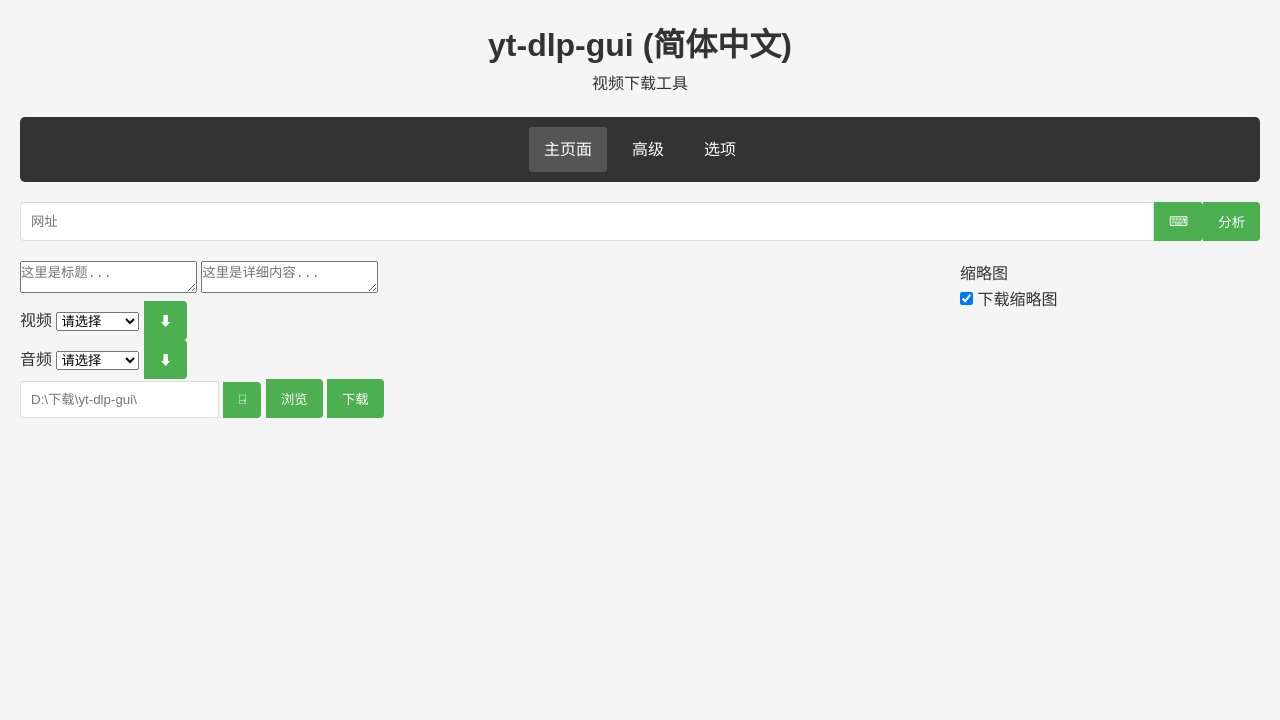
Repository: zArvin6808/yt-TubeSaver
Page: index.html
The author's editor kept a copy of each file at every save. The page is drawn from the files as they stood at one save, then again after the next save.
The browser window is 1280 px wide. The pictures show the whole page.

Above is the page before, as saved 2025-06-07 18:29:03.
Console error: TypeError: Cannot read properties of null (reading 'classList')

### index.html
<!DOCTYPE html>
<html lang="zh-CN">
<head>
  <meta charset="UTF-8" />
  <title>yt-dlp-gui (简体中文)</title>
  <meta name="viewport" content="width=device-width, initial-scale=1.0"/>
  <link rel="stylesheet" href="style.css" />
</head>
<body>

  <!-- 标题栏 -->
  <header class="app-header">
    <h1 class="app-header__title">yt-dlp-gui (简体中文)</h1>
    <span>视频下载工具</span>
  </header>

  <!-- 导航栏 -->
  <nav class="app-nav">
    <a href="#" class="app-nav__item app-nav__item--active" data-page="main">主页面</a>
    <a href="#" class="app-nav__item" data-page="advanced">高级</a>
    <a href="#" class="app-nav__item" data-page="settings">选项</a>
  </nav>

  <!-- 主页面内容 -->
  <main class="app-main">
    <div id="main" class="app-page app-page--active">
    <!-- 网址与按钮 占据整行 -->
    <div class="url-input-group">
      <input type="text" id="urlInput" class="url-input__field" placeholder="网址" />
      <button class="app-btn app-btn--icon" id="pasteButton">⌨</button>
      <button class="app-btn" id="analyzeButton">
        <span class="loading-spinner" style="display:none;"></span>
        <span class="btn-text">分析</span>
      </button>
    </div>

    <!-- 主内容 -->
    <div class="content-area">
      <!-- 左侧面板 -->
      <div class="content-main">
        <textarea class="app-text-input" id="titleInput" placeholder="这里是标题..." readonly></textarea>
        <textarea class="app-text-input app-text-input--content" id="contentTextarea" placeholder="这里是详细内容..."></textarea>

        <!-- 视频行 -->
        <div class="app-selector">
          <label class="app-selector__label">视频</label>
          <select id="video-select" class="app-selector__dropdown">
            <option>请选择</option>
            <option value="video1">视频格式1</option>
            <option value="video2">视频格式2</option>
          </select>
          <button class="app-btn app-btn--download" id="downloadVideoButton">
            <span class="loading-spinner" style="display:none;"></span>
            <span class="btn-text">⬇</span>
          </button>
        </div>

        <!-- 音频行 -->
        <div class="app-selector">
          <label class="app-selector__label">音频</label>
          <select id="audio-select" class="app-selector__dropdown">
            <option>请选择</option>
            <option value="audio1">音频格式1</option>
            <option value="audio2">音频格式2</option>
          </select>
          <button class="app-btn app-btn--download" id="downloadAudioButton">
            <span class="loading-spinner" style="display:none;"></span>
            <span class="btn-text">⬇</span>
          </button>
        </div>
      </div>

      <!-- 右侧面板 -->
      <div class="content-sidebar">
        <div class="app-thumbnail" id="thumbnailPreview">缩略图</div>
        <div class="app-checkbox">
          <input type="checkbox" id="download-thumb" class="app-checkbox__input" checked />
          <label for="download-thumb" class="app-checkbox__label">下载缩略图</label>
        </div>
      </div>
    </div>

    <!-- 路径栏 -->
    <div class="app-path-bar">
      <input type="text" id="pathInput" class="url-input__field" placeholder="D:\下载\yt-dlp-gui\" />
      <button class="app-btn app-btn--icon" id="refreshPathButton">⍈</button>
      <button class="app-btn" id="selectPathButton">浏览</button>
      <button class="app-btn" id="downloadButton">
        <span class="loading-spinner" style="display:none;"></span>
        <span class="btn-text">下载</span>
      </button>
    </div>

    <!-- 进度条 -->
    <div class="progress-bar" style="display:none;">
      <div class="progress-bar__fill"></div>
    </div>
  </div>

  <!-- 高级页面 -->
  <div id="advanced" class="app-page">
    <div class="test-content">
      <h2>高级设置（测试页面）</h2>
      <p>这是高级设置页面的测试内容。该页面将用于配置更详细的下载选项。</p>
      <p>未来这里将包含：</p>
      <ul style="color: #aaa; margin-left: 20px;">
        <li>视频质量设置</li>
        <li>下载速度限制</li>
        <li>字幕选项</li>
        <li>格式选择</li>
      </ul>
    </div>
  </div>

  <!-- 选项页面 -->
  <div id="settings" class="app-page">
    <div class="test-content">
      <h2>全局设置（测试页面）</h2>
      <p>这是选项设置页面的测试内容。该页面将用于配置软件的全局设置。</p>
      <p>未来这里将包含：</p>
      <ul style="color: #aaa; margin-left: 20px;">
        <li>界面语言设置</li>
        <li>默认下载路径</li>
        <li>代理设置</li>
        <li>主题选择</li>
      </ul>
    </div>
  </div>

  <script src="script.js"></script>
</body>
</html>

### style.css
/* 基础重置 */
* {
  box-sizing: border-box;
  margin: 0;
  padding: 0;
}

body {
  font-family: Arial, sans-serif;
  line-height: 1.6;
  color: #333;
  background-color: #f5f5f5;
  padding: 20px;
}

/* 布局样式 */
.app-header {
  text-align: center;
  margin-bottom: 20px;
}

.app-nav {
  display: flex;
  justify-content: center;
  margin-bottom: 20px;
  background: #333;
  padding: 10px;
  border-radius: 5px;
}

.app-nav__item {
  color: white;
  text-decoration: none;
  padding: 10px 15px;
  margin: 0 5px;
}

.app-nav__item--active {
  background: #555;
  border-radius: 3px;
}

.app-page {
  display: none;
}

.app-page--active {
  display: block;
}

/* 内容区域样式 */
.content-area {
  display: flex;
  gap: 20px;
}

.content-main {
  flex: 1;
}

.content-sidebar {
  width: 300px;
}

/* 表单元素样式 */
.url-input-group {
  display: flex;
  margin-bottom: 20px;
}

.url-input__field {
  flex: 1;
  padding: 10px;
  border: 1px solid #ddd;
  border-radius: 4px 0 0 4px;
}

.app-btn {
  padding: 10px 15px;
  background: #4CAF50;
  color: white;
  border: none;
  border-radius: 0 4px 4px 0;
  cursor: pointer;
}

.app-btn:hover {
  background: #45a049;
}

/* 测试内容样式 */
.test-content {
  background: white;
  padding: 20px;
  border-radius: 5px;
  box-shadow: 0 2px 5px rgba(0,0,0,0.1);
}

.test-content h2 {
  margin-bottom: 15px;
  padding-bottom: 10px;
  border-bottom: 1px solid #eee;
}

.test-content ul {
  margin: 15px 0;
  padding-left: 20px;
}

.test-content p {
  margin-bottom: 10px;
}

### script.js
// 页面切换逻辑
function switchPage(pageId) {
    // 移除所有页面的active类
    document.querySelectorAll('.page').forEach(page => {
        page.classList.remove('active');
    });

    // 移除所有导航项的active类
    document.querySelectorAll('.navbar a').forEach(nav => {
        nav.classList.remove('active');
    });

    // 激活选中的页面
    document.getElementById(pageId).classList.add('active');

    // 激活对应的导航项
    document.querySelector(`.navbar a[data-page="${pageId}"]`).classList.add('active');
}

// 初始化页面
// 优化：缓存DOM元素，合并事件绑定，封装loading，缩略图img，toast限制

document.addEventListener('DOMContentLoaded', () => {
    // 缓存常用DOM
    const urlInput = document.getElementById('urlInput');
    const pasteButton = document.getElementById('pasteButton');
    const analyzeButton = document.getElementById('analyzeButton');
    const downloadButton = document.getElementById('downloadButton');
    const selectPathButton = document.getElementById('selectPathButton');
    const refreshPathButton = document.getElementById('refreshPathButton');
    const downloadVideoButton = document.getElementById('downloadVideoButton');
    const downloadAudioButton = document.getElementById('downloadAudioButton');
    const pathInput = document.getElementById('pathInput');
    const titleInput = document.getElementById('titleInput');
    const contentTextarea = document.getElementById('contentTextarea');
    const videoSelect = document.getElementById('video-select');
    const audioSelect = document.getElementById('audio-select');
    const downloadThumb = document.getElementById('download-thumb');
    const thumbnailPreview = document.getElementById('thumbnailPreview');

    // 封装按钮loading状态
    function setButtonLoading(btn, loading, text, loadingText) {
        if (!btn) return;
        if (loading) {
            btn.disabled = true;
            btn.innerHTML = `<span class="spinner"></span>${loadingText || text}`;
        } else {
            btn.disabled = false;
            btn.textContent = text;
        }
    }

    // 页面切换
    document.querySelectorAll('.nav-link').forEach(link => {
        link.addEventListener('click', (e) => {
            e.preventDefault();
            const page = link.dataset.page;
            document.querySelectorAll('.nav-link').forEach(navLink => navLink.classList.remove('active'));
            link.classList.add('active');
            document.querySelectorAll('.page').forEach(pageElement => pageElement.classList.remove('active'));
            document.getElementById(page).classList.add('active');
        });
    });
    switchPage('main');

    // 粘贴按钮
    pasteButton.addEventListener('click', async () => {
        setButtonLoading(pasteButton, true, '⌨', '粘贴中...');
        try {
            const text = await navigator.clipboard.readText();
            urlInput.value = text;
            showToast('已粘贴剪贴板内容', 'success');
        } catch (error) {
            showToast('粘贴失败: ' + error.message, 'error');
        } finally {
            setButtonLoading(pasteButton, false, '⌨');
        }
    });

    // URL分析按钮
    analyzeButton.addEventListener('click', async () => {
        const url = urlInput.value.trim();
        if (!url) {
            showToast('请输入有效的YouTube URL', 'error');
            urlInput.focus();
            return;
        }
        if (!isValidYouTubeUrl(url)) {
            showToast('请输入有效的YouTube视频链接', 'error');
            return;
        }
        setButtonLoading(analyzeButton, true, '分析', '分析中...');
        try {
            const videoInfo = await analyzeYouTubeUrl(url);
            titleInput.value = videoInfo.title;
            contentTextarea.value = videoInfo.description;
            // 缩略图img
            thumbnailPreview.innerHTML = '';
            const img = document.createElement('img');
            img.src = videoInfo.thumbnail;
            img.alt = '缩略图';
            img.style.maxWidth = '100%';
            img.style.maxHeight = '100%';
            img.onerror = () => { img.remove(); thumbnailPreview.textContent = '缩略图加载失败'; };
            thumbnailPreview.appendChild(img);
            updateFormatOptions(videoInfo.formats);
            showToast('视频信息获取成功', 'success');
        } catch (error) {
            showToast('分析失败: ' + error.message, 'error');
        } finally {
            setButtonLoading(analyzeButton, false, '分析');
        }
    });

    // 下载按钮
    downloadButton.addEventListener('click', async () => {
        const path = pathInput.value.trim();
        if (!path) {
            showToast('请选择保存路径', 'error');
            return;
        }
        setButtonLoading(downloadButton, true, '下载', '下载中...');
        try {
            await downloadVideo({
                url: urlInput.value,
                path: path,
                downloadThumbnail: downloadThumb.checked
            });
            showToast('下载完成', 'success');
        } catch (error) {
            showToast('下载失败: ' + error.message, 'error');
        } finally {
            setButtonLoading(downloadButton, false, '下载');
        }
    });

    // 选择保存路径
    selectPathButton.addEventListener('click', async () => {
        try {
            const path = await window.electron.showOpenDialog({ properties: ['openDirectory'] });
            if (path && path.length > 0) {
                pathInput.value = path[0];
                showToast('路径设置成功', 'success');
            }
        } catch (error) {
            showToast('选择路径失败', 'error');
        }
    });

    // 刷新路径
    refreshPathButton.addEventListener('click', () => {
        pathInput.value = 'D:\\下载\\yt-dlp-gui\\';
        showToast('已重置默认路径', 'info');
    });

    // 视频下载按钮
    downloadVideoButton.addEventListener('click', async () => {
        if (videoSelect.value === '请选择') {
            showToast('请选择视频格式', 'error');
            return;
        }
        setButtonLoading(downloadVideoButton, true, '⬇', '下载中...');
        try {
            await downloadVideo({
                url: urlInput.value,
                format: videoSelect.value,
                type: 'video'
            });
            showToast(`视频下载完成: ${videoSelect.value}`, 'success');
        } catch (error) {
            showToast('视频下载失败: ' + error.message, 'error');
        } finally {
            setButtonLoading(downloadVideoButton, false, '⬇');
        }
    });

    // 音频下载按钮
    downloadAudioButton.addEventListener('click', async () => {
        if (audioSelect.value === '请选择') {
            showToast('请选择音频格式', 'error');
            return;
        }
        setButtonLoading(downloadAudioButton, true, '⬇', '下载中...');
        try {
            await downloadVideo({
                url: urlInput.value,
                format: audioSelect.value,
                type: 'audio'
            });
            showToast(`音频下载完成: ${audioSelect.value}`, 'success');
        } catch (error) {
            showToast('音频下载失败: ' + error.message, 'error');
        } finally {
            setButtonLoading(downloadAudioButton, false, '⬇');
        }
    });

    // 辅助函数
    function isValidYouTubeUrl(url) {
        const pattern = /^(https?:\/\/)?(www\.)?(youtube\.com|youtu\.?be)\/.+/;
        return pattern.test(url);
    }

    // Toast通知，限制最大数量
    function showToast(message, type = 'info') {
        let container = document.querySelector('.toast-container');
        if (!container) {
            container = document.createElement('div');
            container.className = 'toast-container';
            document.body.appendChild(container);
        }
        // 限制最大toast数量
        const maxToasts = 3;
        while (container.children.length >= maxToasts) {
            container.removeChild(container.firstChild);
        }
        const icons = { success: '✓', error: '✕', warning: '⚠', info: 'ℹ' };
        const toast = document.createElement('div');
        toast.className = `toast toast-${type}`;
        const icon = document.createElement('span');
        icon.className = 'toast-icon';
        icon.textContent = icons[type] || icons.info;
        toast.appendChild(icon);
        const messageEl = document.createElement('span');
        messageEl.textContent = message;
        toast.appendChild(messageEl);
        const closeBtn = document.createElement('span');
        closeBtn.className = 'toast-close';
        closeBtn.innerHTML = '&times;';
        closeBtn.addEventListener('click', () => {
            toast.classList.add('hide');
            setTimeout(() => toast.remove(), 300);
        });
        toast.appendChild(closeBtn);
        container.appendChild(toast);
        setTimeout(() => toast.classList.add('show'), 10);
        const timeout = setTimeout(() => {
            toast.classList.add('hide');
            setTimeout(() => toast.remove(), 300);
        }, 3000);
        toast.addEventListener('mouseenter', () => {
            clearTimeout(timeout);
            toast.style.setProperty('--progress', 'paused');
        });
        toast.addEventListener('mouseleave', () => {
            const newTimeout = setTimeout(() => {
                toast.classList.add('hide');
                setTimeout(() => toast.remove(), 300);
            }, 3000);
            toast.dataset.timeout = newTimeout;
        });
    }

    // 模拟API函数
    async function analyzeYouTubeUrl(url) {
        return new Promise((resolve) => {
            setTimeout(() => {
                resolve({
                    title: '示例视频标题',
                    description: '这是视频的详细描述信息...',
                    thumbnail: 'https://i.ytimg.com/vi/dQw4w9WgXcQ/maxresdefault.jpg',
                    formats: {
                        video: ['1080p', '720p', '480p'],
                        audio: ['mp3', 'aac', 'opus']
                    }
                });
            }, 1500);
        });
    }

    // 填充格式选项，健壮性
    function updateFormatOptions(formats) {
        videoSelect.innerHTML = '<option>请选择</option>';
        audioSelect.innerHTML = '<option>请选择</option>';
        if (formats && Array.isArray(formats.video)) {
            formats.video.forEach(format => {
                const option = document.createElement('option');
                option.value = format;
                option.textContent = format;
                videoSelect.appendChild(option);
            });
        }
        if (formats && Array.isArray(formats.audio)) {
            formats.audio.forEach(format => {
                const option = document.createElement('option');
                option.value = format;
                option.textContent = format;
                audioSelect.appendChild(option);
            });
        }
    }

    // 模拟下载
    async function downloadVideo(options) {
        return new Promise((resolve) => {
            setTimeout(() => {
                console.log('下载完成:', options);
                resolve();
            }, 3000);
        });
    }
});

After the next save:
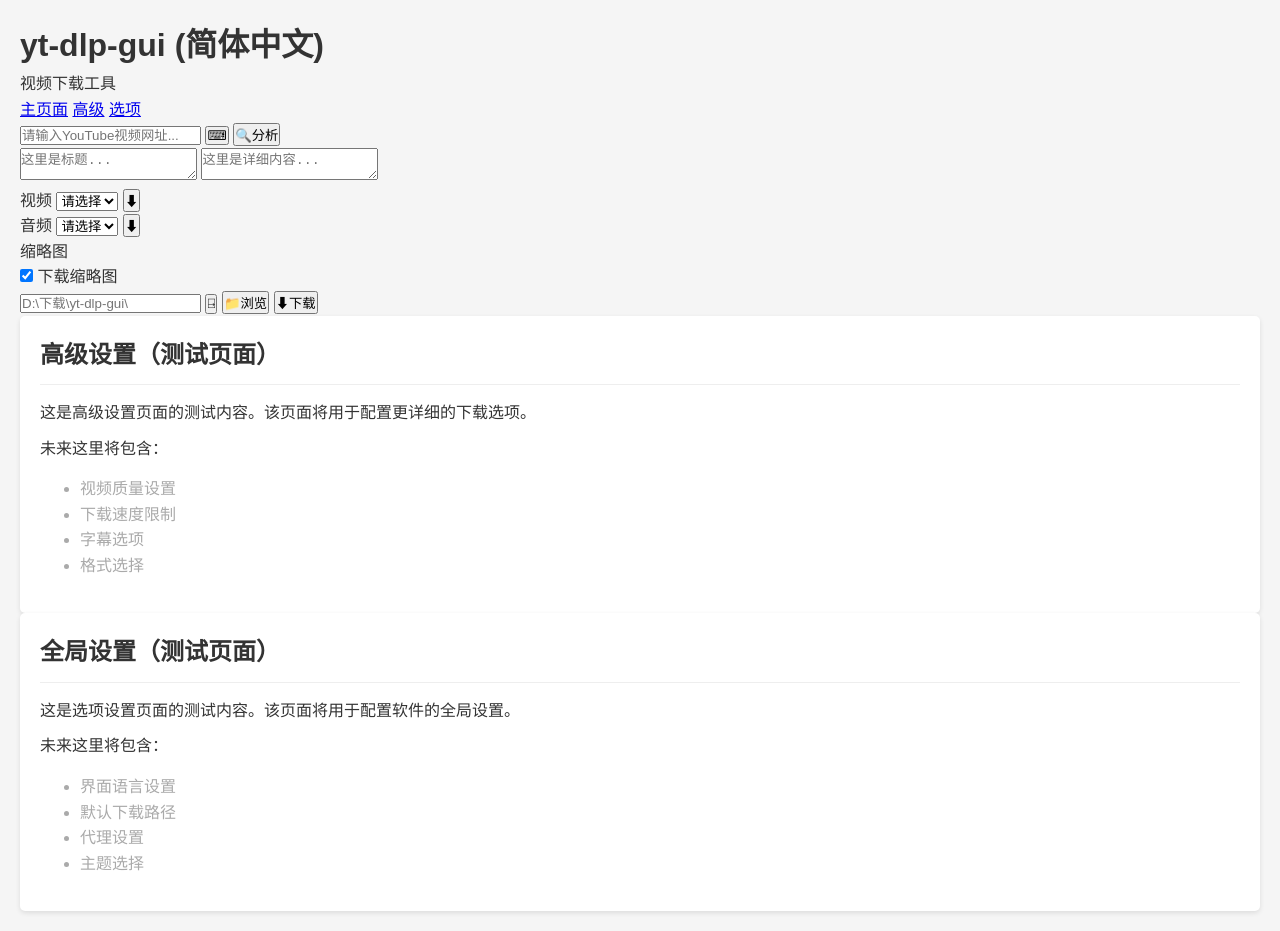
The error is gone.
Saved 92 s later.
--- a/index.html
+++ b/index.html
@@ -9,96 +9,76 @@
 <body>
 
   <!-- 标题栏 -->
-  <header class="app-header">
-    <h1 class="app-header__title">yt-dlp-gui (简体中文)</h1>
+  <div class="title-bar">
+    <h1>yt-dlp-gui (简体中文)</h1>
     <span>视频下载工具</span>
-  </header>
+  </div>
 
   <!-- 导航栏 -->
-  <nav class="app-nav">
-    <a href="#" class="app-nav__item app-nav__item--active" data-page="main">主页面</a>
-    <a href="#" class="app-nav__item" data-page="advanced">高级</a>
-    <a href="#" class="app-nav__item" data-page="settings">选项</a>
-  </nav>
+  <div class="navbar">
+    <a href="#" class="nav-link active" data-page="main">主页面</a>
+    <a href="#" class="nav-link" data-page="advanced">高级</a>
+    <a href="#" class="nav-link" data-page="settings">选项</a>
+  </div>
 
   <!-- 主页面内容 -->
-  <main class="app-main">
-    <div id="main" class="app-page app-page--active">
+  <div id="main" class="page active">
     <!-- 网址与按钮 占据整行 -->
-    <div class="url-input-group">
-      <input type="text" id="urlInput" class="url-input__field" placeholder="网址" />
-      <button class="app-btn app-btn--icon" id="pasteButton">⌨</button>
-      <button class="app-btn" id="analyzeButton">
-        <span class="loading-spinner" style="display:none;"></span>
-        <span class="btn-text">分析</span>
-      </button>
+    <div class="url-analysis-row card">
+      <input type="text" id="urlInput" placeholder="请输入YouTube视频网址..." />
+      <button class="icon-button" id="pasteButton" title="粘贴"><span>⌨</span></button>
+      <button id="analyzeButton" class="primary"><span>🔍</span>分析</button>
     </div>
 
     <!-- 主内容 -->
-    <div class="content-area">
+    <div class="main">
       <!-- 左侧面板 -->
-      <div class="content-main">
-        <textarea class="app-text-input" id="titleInput" placeholder="这里是标题..." readonly></textarea>
-        <textarea class="app-text-input app-text-input--content" id="contentTextarea" placeholder="这里是详细内容..."></textarea>
+      <div class="left-panel card">
+        <textarea class="title-input" id="titleInput" placeholder="这里是标题..." readonly></textarea>
+        <textarea class="content-textarea" id="contentTextarea" placeholder="这里是详细内容..."></textarea>
 
         <!-- 视频行 -->
-        <div class="app-selector">
-          <label class="app-selector__label">视频</label>
-          <select id="video-select" class="app-selector__dropdown">
+        <div class="select-group">
+          <label for="video-select">视频</label>
+          <select id="video-select">
             <option>请选择</option>
-            <option value="video1">视频格式1</option>
-            <option value="video2">视频格式2</option>
           </select>
-          <button class="app-btn app-btn--download" id="downloadVideoButton">
-            <span class="loading-spinner" style="display:none;"></span>
-            <span class="btn-text">⬇</span>
-          </button>
+          <button class="download-button" id="downloadVideoButton" title="下载视频"><span>⬇</span></button>
         </div>
 
         <!-- 音频行 -->
-        <div class="app-selector">
-          <label class="app-selector__label">音频</label>
-          <select id="audio-select" class="app-selector__dropdown">
+        <div class="select-group">
+          <label for="audio-select">音频</label>
+          <select id="audio-select">
             <option>请选择</option>
-            <option value="audio1">音频格式1</option>
-            <option value="audio2">音频格式2</option>
           </select>
-          <button class="app-btn app-btn--download" id="downloadAudioButton">
-            <span class="loading-spinner" style="display:none;"></span>
-            <span class="btn-text">⬇</span>
-          </button>
+          <button class="download-button" id="downloadAudioButton" title="下载音频"><span>⬇</span></button>
         </div>
       </div>
 
       <!-- 右侧面板 -->
-      <div class="content-sidebar">
-        <div class="app-thumbnail" id="thumbnailPreview">缩略图</div>
-        <div class="app-checkbox">
-          <input type="checkbox" id="download-thumb" class="app-checkbox__input" checked />
-          <label for="download-thumb" class="app-checkbox__label">下载缩略图</label>
+      <div class="right-panel card">
+        <div class="thumbnail" id="thumbnailPreview">
+          <span class="thumbnail-placeholder">缩略图</span>
+        </div>
+        <div class="checkbox-group">
+          <input type="checkbox" id="download-thumb" checked />
+          <label for="download-thumb">下载缩略图</label>
         </div>
       </div>
     </div>
 
     <!-- 路径栏 -->
-    <div class="app-path-bar">
-      <input type="text" id="pathInput" class="url-input__field" placeholder="D:\下载\yt-dlp-gui\" />
-      <button class="app-btn app-btn--icon" id="refreshPathButton">⍈</button>
-      <button class="app-btn" id="selectPathButton">浏览</button>
-      <button class="app-btn" id="downloadButton">
-        <span class="loading-spinner" style="display:none;"></span>
-        <span class="btn-text">下载</span>
-      </button>
-    </div>
-
-    <!-- 进度条 -->
-    <div class="progress-bar" style="display:none;">
-      <div class="progress-bar__fill"></div>
+    <div class="path-bar card">
+      <input type="text" id="pathInput" placeholder="D:\下载\yt-dlp-gui\" />
+      <button class="icon-button" id="refreshPathButton" title="重置路径"><span>⍈</span></button>
+      <button id="selectPathButton"><span>📁</span>浏览</button>
+      <button id="downloadButton" class="primary"><span>⬇</span>下载</button>
     </div>
   </div>
 
   <!-- 高级页面 -->
-  <div id="advanced" class="app-page">
+  <div id="advanced" class="page">
     <div class="test-content">
       <h2>高级设置（测试页面）</h2>
       <p>这是高级设置页面的测试内容。该页面将用于配置更详细的下载选项。</p>
@@ -113,7 +93,7 @@
   </div>
 
   <!-- 选项页面 -->
-  <div id="settings" class="app-page">
+  <div id="settings" class="page">
     <div class="test-content">
       <h2>全局设置（测试页面）</h2>
       <p>这是选项设置页面的测试内容。该页面将用于配置软件的全局设置。</p>
